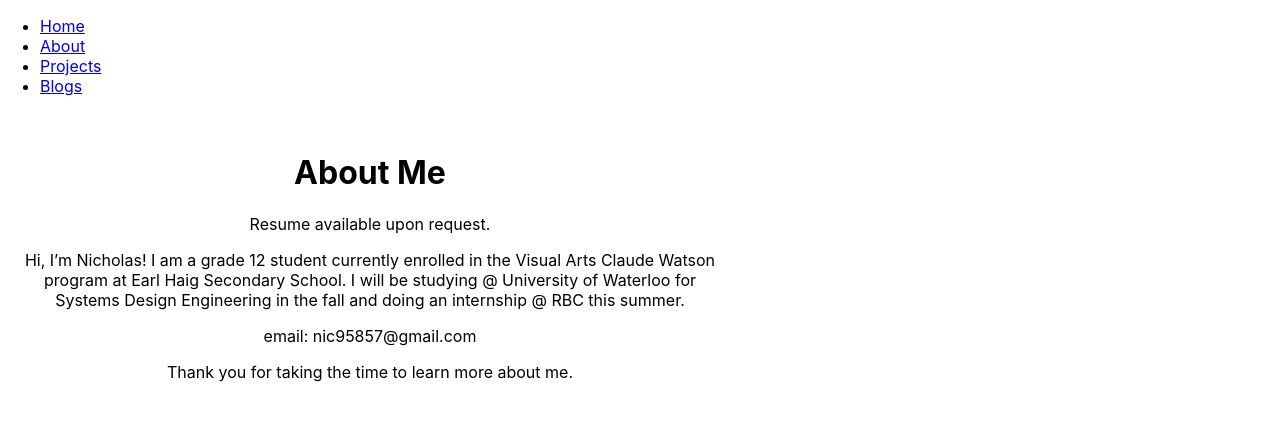
Repository: nicholaschen09/personalWebsite
Page: /about
These files come from the project's save history. The page is drawn as it stood at one moment and after the next save; the edit follows.
The browser window is 1280 px wide. The pictures show the whole page.
The project was rebuilt for these pictures with package versions that can differ from the ones it lists, and the page was loaded fresh each time. Also part of the build but not shown: src/components/Home.css, src/components/Home.js, src/components/Projects.css, src/components/Projects.js, src/components/Blog.css, src/components/Blog.js.

Above is the page before, as saved 2024-05-23 00:19:54.

### src/App.js
import React from 'react';
import { BrowserRouter as Router, Route, Routes, Link } from 'react-router-dom';
import About from './components/About.js';
import Home from './components/Home.js';
import Projects from './components/Projects.js';
import Blog from './components/Blog.js';

function App() {
  return (
    <Router>
      <div>
        <nav>
          <ul>
            <li>
              <Link to="/">Home</Link>
            </li>
            <li>
              <Link to="/about">About</Link>
            </li>
            <li>
              <Link to="/projects">Projects</Link>
            </li>
            <li>
              <Link to="/blogs">Blogs</Link>
            </li>
          </ul>
        </nav>

        <Routes>
          <Route path="/about" element={<About />} />
          <Route path="/" element={<Home />} />
          <Route path="/projects" element={<Projects />} />
          <Route path="/blogs" element={<Blog />} />
        </Routes>
      </div>
    </Router>
  );
}

export default App;

### src/components/About.js
// src/components/About/About.js
import React from 'react';
import './About.css';

const About = () => {
    return (
        <div className="about">
            <h1>About Me</h1>
            <p>Resume available upon request.</p>
            <p>Hi, I’m Nicholas!  I am a grade 12 student currently enrolled in the Visual Arts Claude Watson
                program at Earl Haig Secondary School. I will be studying @ University of
                Waterloo for Systems Design Engineering in the fall and doing an internship @ RBC this summer.</p>
            <p>email: nic95857@gmail.com</p>
            <p>Thank you for taking the time to learn more about me.</p>
        </div>
    );
};

export default About;

### src/components/About.css
.about {
    text-align: center;
    padding: 20px;
    width: 700px;
}

Loaded but not shown: public/index.html (common file); src/index.js (common file); src/index.css (common file); src/reportWebVitals.js (common file)

After the next save:
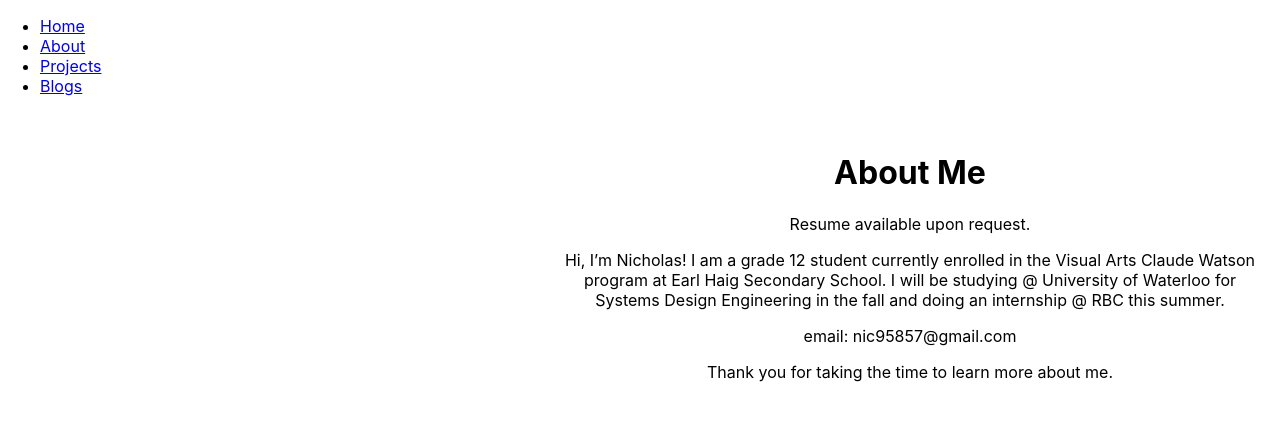
Saved 32 s later.
--- a/src/components/About.css
+++ b/src/components/About.css
@@ -2,4 +2,5 @@
     text-align: center;
     padding: 20px;
     width: 700px;
+    margin-left: auto;
 }
